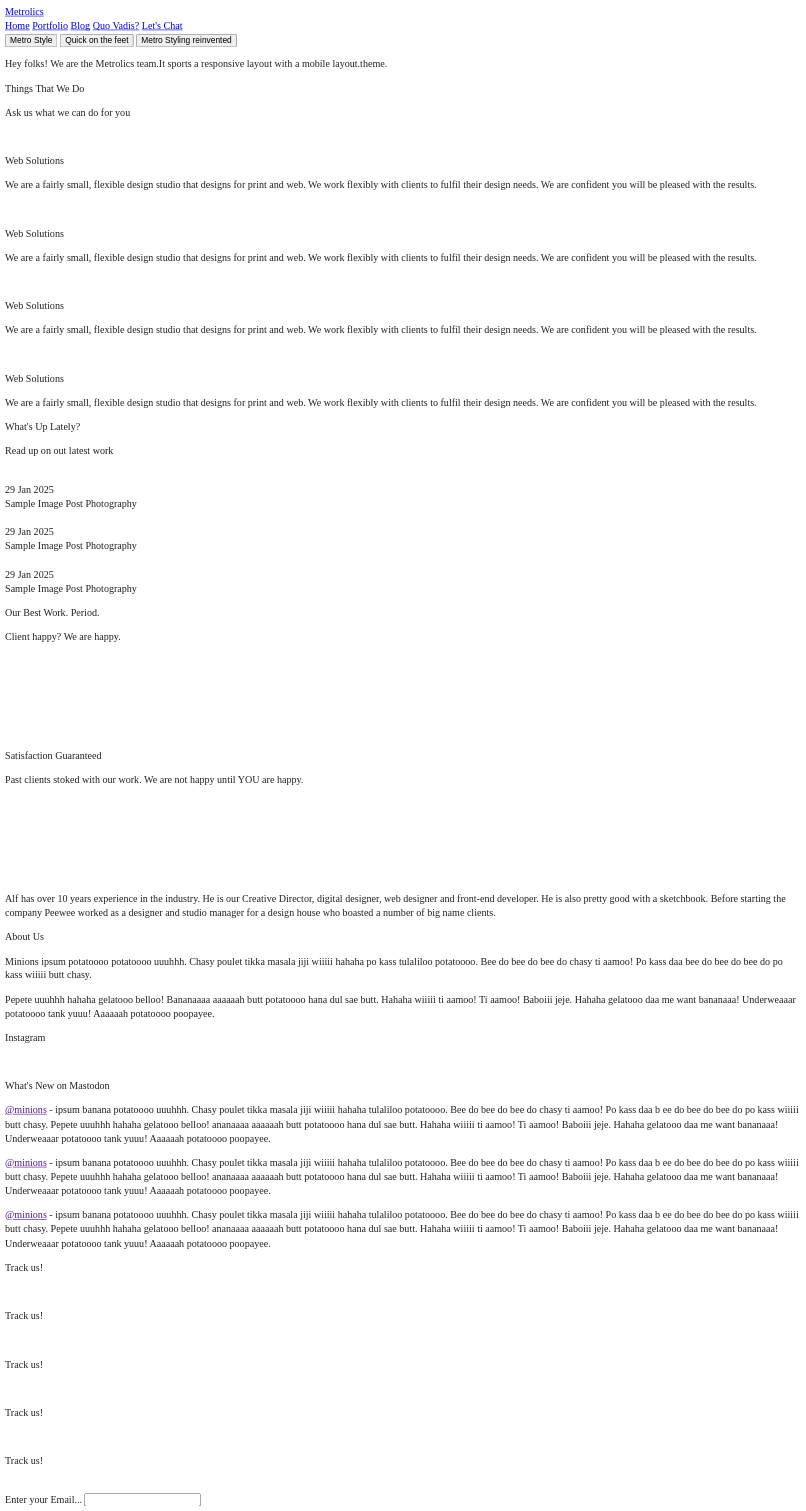
Repository: Angehyy/wk02_site
Page: index.html
An editor plug-in stored every save of this project. The page is shown before and after the next save, followed by the edit.
The browser window is 1280 px wide. The pictures show the whole page, at 63% of full size.

Above is the page before, as saved 2025-01-20 00:54:28.

### index.html
<!doctype html>
<html class="no-js" lang="">

<head>
  <meta charset="utf-8">
  <meta name="viewport" content="width=device-width, initial-scale=1">
  <title>Metrolics</title>
  <link rel="stylesheet" href="css/style.css">
  <meta name="description" content="Learn about Metrolics">

  <meta property="og:title" content="">
  <meta property="og:type" content="">
  <meta property="og:url" content="">
  <meta property="og:image" content="">
  <meta property="og:image:alt" content="">

  <link rel="icon" href="/favicon.ico" sizes="any">
  <link rel="icon" href="/icon.svg" type="image/svg+xml">
  <link rel="apple-touch-icon" href="icon.png">

  <link rel="manifest" href="site.webmanifest">
  <meta name="theme-color" content="#fafafa">
</head>

<body>
  <header>
    <div class="header">
      <a href="#default" class="">Metrolics</a>
      <div class="">
        <a href="#home">Home</a>
        <a href="#portfolio">Portfolio</a>
        <a href="#blog">Blog</a>
        <a href="#quovadis">Quo Vadis?</a>
        <a href="chat">Let's Chat</a>
      </div>
    </div>
  </header>

  <main>
    <div>
      <button class="">Metro Style</button>
      <button class="">Quick on the feet</button>
      <button class="">Metro Styling reinvented</button>
      <img src="" alt="">
    </div>

    <div class="">
      <p>Hey folks! We are the <span>Metrolics</span> team.It sports a responsive layout with a mobile layout.theme.</p>
    </div>

    <section class="">
      <p>Things That We Do</p>
      <p>Ask us what we can do for you</p>
    </section>

    <div class="flex-container">
      <div class="item">
        <img src="" alt="">
        <p class="">Web Solutions</p>
        <p>We are a fairly small, flexible design studio that designs for print and web. We work flexibly with clients to fulfil their design needs. We are confident you will be pleased with the results.</p>
      </div>

      <div class="item">
        <img src="" alt="">
        <p class="">Web Solutions</p>
        <p>We are a fairly small, flexible design studio that designs for print and web. We work flexibly with clients to fulfil their design needs. We are confident you will be pleased with the results.</p>
      </div>

      <div class="item">
        <img src="" alt="">
        <p class="">Web Solutions</p>
        <p>We are a fairly small, flexible design studio that designs for print and web. We work flexibly with clients to fulfil their design needs. We are confident you will be pleased with the results.</p>
      </div>

      <div class="item">
        <img src="" alt="">
        <p class="">Web Solutions</p>
        <p>We are a fairly small, flexible design studio that designs for print and web. We work flexibly with clients to fulfil their design needs. We are confident you will be pleased with the results.</p>
      </div>
    </div>

    <section class="">
      <p>What's Up Lately?</p>
      <p>Read up on out latest work</p>
    </section>

    <div class="flex-container">
      <div class="">
        <img src="" alt="">
        <div>
          <span class="date-top">29</span>
          <span class="month-bottom">Jan 2025</span>
        </div>
        <div class="description">
          <span class="">Sample Image Post</span>
          <span class="">Photography</span>
        </div>
      </div>
      <div class="">
        <img src="" alt="">
        <div>
          <span class="date-top">29</span>
          <span class="month-bottom">Jan 2025</span>
        </div>
        <div class="description">
          <span class="">Sample Image Post</span>
          <span class="">Photography</span>
        </div>
      </div>
      <div class="">
        <img src="" alt="">
        <div>
          <span class="date-top">29</span>
          <span class="month-bottom">Jan 2025</span>
        </div>
        <div class="description">
          <span class="">Sample Image Post</span>
          <span class="">Photography</span>
        </div>
      </div>
    </div>

    <section class="">
      <p>Our Best Work. Period.</p>
      <p>Client happy? We are happy.</p>
    </section>

    <div class="flex-container"></div>
      <div class="">
        <img src="" alt="">
      </div>
      <div class="">
        <img src="" alt="">
      </div>
      <div class="">
        <img src="" alt="">
      </div>
      <div class="">
        <img src="" alt="">
      </div>
      <div class="">
        <img src="" alt="">
      </div>
      <div class="">
        <img src="" alt="">
      </div>
    </div>

    <section>
      <p>Satisfaction Guaranteed</p>
      <p>Past clients stoked with our work. We are not happy until YOU are happy.</p>
    </section>

    <div class="flex-container">
      <div class="client" id="kirita">
        <span class="">
          <img src="" alt="">
        </span>
      </div>
      <div class="client" id="inkscape">
        <span class="">
          <img src="" alt="">
        </span>
      </div>
      <div class="client" id="godot">
        <span class="">
          <img src="" alt="">
        </span>
      </div>
      <div class="client" id="blender">
        <span class="">
          <img src="" alt="">
        </span>
      </div>
      <div class="client" id="penpot">
        <span class="">
          <img src="" alt="">
        </span>
      </div>
    </div>

  </main>

  <footer class="">
    <section>
      <span>
        <img src="" alt="">
        <p>Alf has over 10 years experience in the industry. He is our Creative Director, digital designer, web designer and front-end developer. He is also pretty good with a sketchbook. Before starting the company Peewee worked as a designer and studio manager for a design house who boasted a number of big name clients.</p></span>
    </section>
    <div class="">
      <p class="">About Us</p>
      <p>Minions ipsum potatoooo potatoooo uuuhhh. Chasy poulet tikka masala jiji wiiiii hahaha po kass tulaliloo potatoooo. Bee do bee do bee do chasy ti aamoo! Po kass daa bee do bee do bee do po kass wiiiii butt chasy.</p>

      <p>Pepete uuuhhh hahaha gelatooo belloo! Bananaaaa aaaaaah butt potatoooo hana dul sae butt. Hahaha wiiiii ti aamoo! Ti aamoo! Baboiii jeje. Hahaha gelatooo daa me want bananaaa! Underweaaar potatoooo tank yuuu! Aaaaaah potatoooo poopayee. </p>
    </div>
    <div>
      <p>Instagram</p>
      <img src="" alt="">
      <img src="" alt="">
      <img src="" alt="">
      <img src="" alt="">
      <img src="" alt="">
      <img src="" alt="">
      <img src="" alt="">
      <img src="" alt="">
    </div>

    <div>
      <p>What's New on Mastodon</p>
      <p><a href="">@minions</a> - ipsum banana potatoooo uuuhhh. Chasy poulet tikka masala jiji wiiiii hahaha tulaliloo potatoooo. Bee do bee do bee do chasy ti aamoo! Po kass daa b ee do bee do bee do po kass wiiiii butt chasy. Pepete uuuhhh hahaha gelatooo belloo! ananaaaa aaaaaah butt potatoooo hana dul sae butt. Hahaha wiiiii ti aamoo! Ti aamoo! Baboiii jeje. Hahaha gelatooo daa me want bananaaa! Underweaaar potatoooo tank yuuu! Aaaaaah potatoooo poopayee. </p>
      <p><a href="">@minions</a> - ipsum banana potatoooo uuuhhh. Chasy poulet tikka masala jiji wiiiii hahaha tulaliloo potatoooo. Bee do bee do bee do chasy ti aamoo! Po kass daa b ee do bee do bee do po kass wiiiii butt chasy. Pepete uuuhhh hahaha gelatooo belloo! ananaaaa aaaaaah butt potatoooo hana dul sae butt. Hahaha wiiiii ti aamoo! Ti aamoo! Baboiii jeje. Hahaha gelatooo daa me want bananaaa! Underweaaar potatoooo tank yuuu! Aaaaaah potatoooo poopayee. </p>
      <p><a href="">@minions</a> - ipsum banana potatoooo uuuhhh. Chasy poulet tikka masala jiji wiiiii hahaha tulaliloo potatoooo. Bee do bee do bee do chasy ti aamoo! Po kass daa b ee do bee do bee do po kass wiiiii butt chasy. Pepete uuuhhh hahaha gelatooo belloo! ananaaaa aaaaaah butt potatoooo hana dul sae butt. Hahaha wiiiii ti aamoo! Ti aamoo! Baboiii jeje. Hahaha gelatooo daa me want bananaaa! Underweaaar potatoooo tank yuuu! Aaaaaah potatoooo poopayee. </p>
    </div>

    <div>
      <p>Track us!</p>
      <a href="">
        <img src="" alt="">
      </a>
      <p>Track us!</p>
      <a href="">
        <img src="" alt="">
      </a>
      <p>Track us!</p>
      <a href="">
        <img src="" alt="">
      </a>
      <p>Track us!</p>
      <a href="">
        <img src="" alt="">
      </a>
      <p>Track us!</p>
      <a href="">
        <img src="" alt="">
      </a>
    </div>

    <form class="email-form" method="post">
      <label for="email">Enter your Email...</label>
      <input type="email" id="email" >
    </form>

  </footer>

  <script src="js/app.js"></script>

</body>

</html>

### css/style.css
/*! HTML5 Boilerplate v9.0.1 | MIT License | https://html5boilerplate.com/ */

/* main.css 3.0.0 | MIT License | https://github.com/h5bp/main.css#readme */
/*
 * What follows is the result of much research on cross-browser styling.
 * Credit left inline and big thanks to Nicolas Gallagher, Jonathan Neal,
 * Kroc Camen, and the H5BP dev community and team.
 */

/* ==========================================================================
   Base styles: opinionated defaults
   ========================================================================== */

html {
  color: #222;
  font-size: 1em;
  line-height: 1.4;
}

/*
 * Remove text-shadow in selection highlight:
 * https://twitter.com/miketaylr/status/12228805301
 *
 * Customize the background color to match your design.
 */

::-moz-selection {
  background: #b3d4fc;
  text-shadow: none;
}

::selection {
  background: #b3d4fc;
  text-shadow: none;
}

/*
 * A better looking default horizontal rule
 */

hr {
  display: block;
  height: 1px;
  border: 0;
  border-top: 1px solid #ccc;
  margin: 1em 0;
  padding: 0;
}

/*
 * Remove the gap between audio, canvas, iframes,
 * images, videos and the bottom of their containers:
 * https://github.com/h5bp/html5-boilerplate/issues/440
 */

audio,
canvas,
iframe,
img,
svg,
video {
  vertical-align: middle;
}

/*
 * Remove default fieldset styles.
 */

fieldset {
  border: 0;
  margin: 0;
  padding: 0;
}

/*
 * Allow only vertical resizing of textareas.
 */

textarea {
  resize: vertical;
}

/* ==========================================================================
   Author's custom styles
   ========================================================================== */

/* ==========================================================================
   Helper classes
   ========================================================================== */

/*
 * Hide visually and from screen readers
 */

.hidden,
[hidden] {
  display: none !important;
}

/*
 * Hide only visually, but have it available for screen readers:
 * https://snook.ca/archives/html_and_css/hiding-content-for-accessibility
 *
 * 1. For long content, line feeds are not interpreted as spaces and small width
 *    causes content to wrap 1 word per line:
 *    https://medium.com/@jessebeach/beware-smushed-off-screen-accessible-text-5952a4c2cbfe
 */

.visually-hidden {
  border: 0;
  clip: rect(0, 0, 0, 0);
  height: 1px;
  margin: -1px;
  overflow: hidden;
  padding: 0;
  position: absolute;
  white-space: nowrap;
  width: 1px;
  /* 1 */
}

/*
 * Extends the .visually-hidden class to allow the element
 * to be focusable when navigated to via the keyboard:
 * https://www.drupal.org/node/897638
 */

.visually-hidden.focusable:active,
.visually-hidden.focusable:focus {
  clip: auto;
  height: auto;
  margin: 0;
  overflow: visible;
  position: static;
  white-space: inherit;
  width: auto;
}

/*
 * Hide visually and from screen readers, but maintain layout
 */

.invisible {
  visibility: hidden;
}

/*
 * Clearfix: contain floats
 *
 * The use of `table` rather than `block` is only necessary if using
 * `::before` to contain the top-margins of child elements.
 */

.clearfix::before,
.clearfix::after {
  content: "";
  display: table;
}

.clearfix::after {
  clear: both;
}

/* ==========================================================================
   EXAMPLE Media Queries for Responsive Design.
   These examples override the primary ('mobile first') styles.
   Modify as content requires.
   ========================================================================== */

@media only screen and (min-width: 35em) {
  /* Style adjustments for viewports that meet the condition */
}

@media print,
  (-webkit-min-device-pixel-ratio: 1.25),
  (min-resolution: 1.25dppx),
  (min-resolution: 120dpi) {
  /* Style adjustments for high resolution devices */
}

/* ==========================================================================
   Print styles.
   Inlined to avoid the additional HTTP request:
   https://www.phpied.com/delay-loading-your-print-css/
   ========================================================================== */

@media print {
  *,
  *::before,
  *::after {
    background: #fff !important;
    color: #000 !important;
    /* Black prints faster */
    box-shadow: none !important;
    text-shadow: none !important;
  }

  a,
  a:visited {
    text-decoration: underline;
  }

  a[href]::after {
    content: " (" attr(href) ")";
  }

  abbr[title]::after {
    content: " (" attr(title) ")";
  }

  /*
   * Don't show links that are fragment identifiers,
   * or use the `javascript:` pseudo protocol
   */
  a[href^="#"]::after,
  a[href^="javascript:"]::after {
    content: "";
  }

  pre {
    white-space: pre-wrap !important;
  }

  pre,
  blockquote {
    border: 1px solid #999;
    page-break-inside: avoid;
  }

  tr,
  img {
    page-break-inside: avoid;
  }

  p,
  h2,
  h3 {
    orphans: 3;
    widows: 3;
  }

  h2,
  h3 {
    page-break-after: avoid;
  }
}

Loaded but not shown: js/app.js (no stored copy; drawn as an empty file)

After the next save:
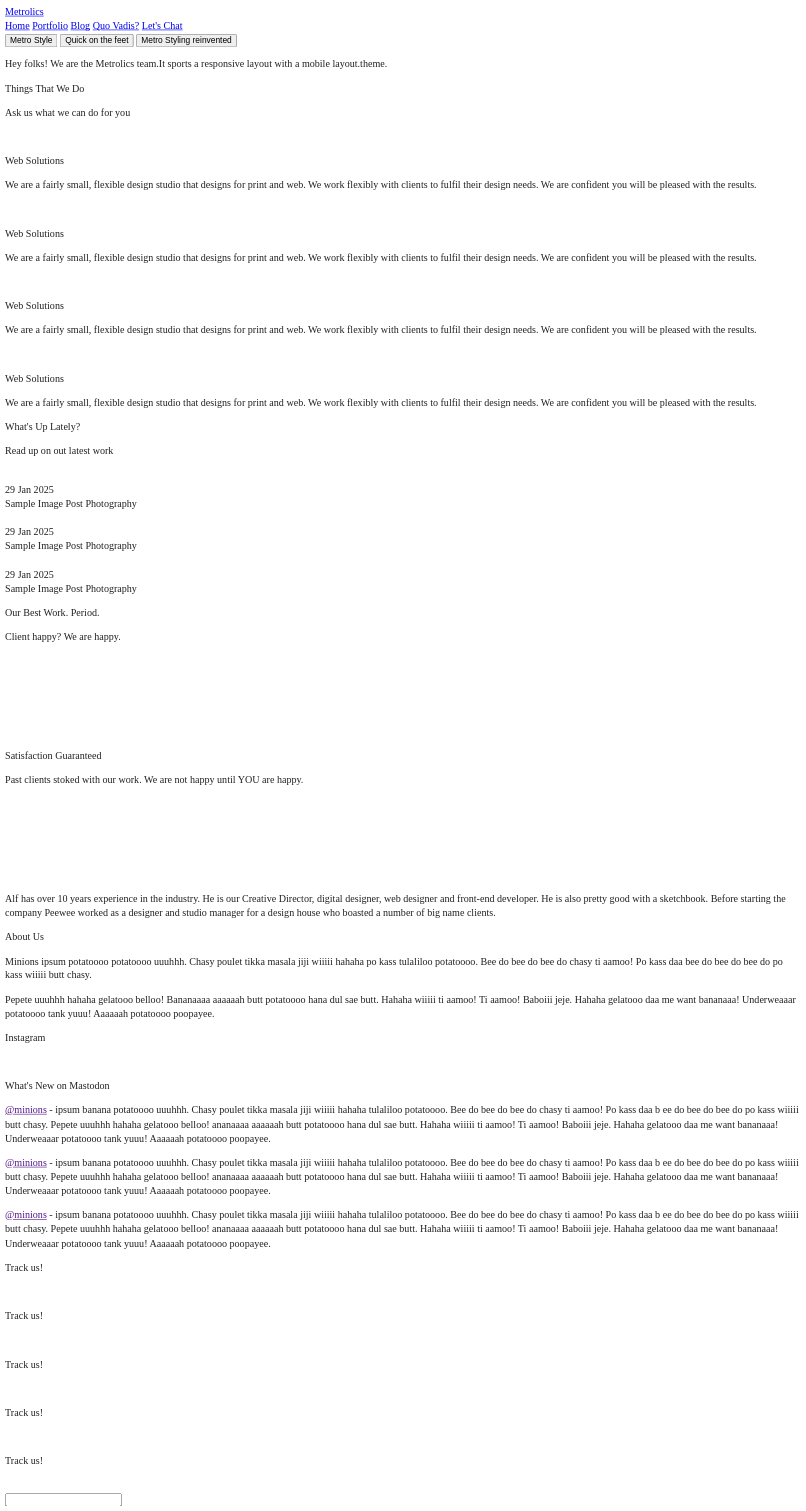
Saved 32 s later.
--- a/index.html
+++ b/index.html
@@ -236,7 +236,6 @@
     </div>
 
     <form class="email-form" method="post">
-      <label for="email">Enter your Email...</label>
       <input type="email" id="email" >
     </form>
 
